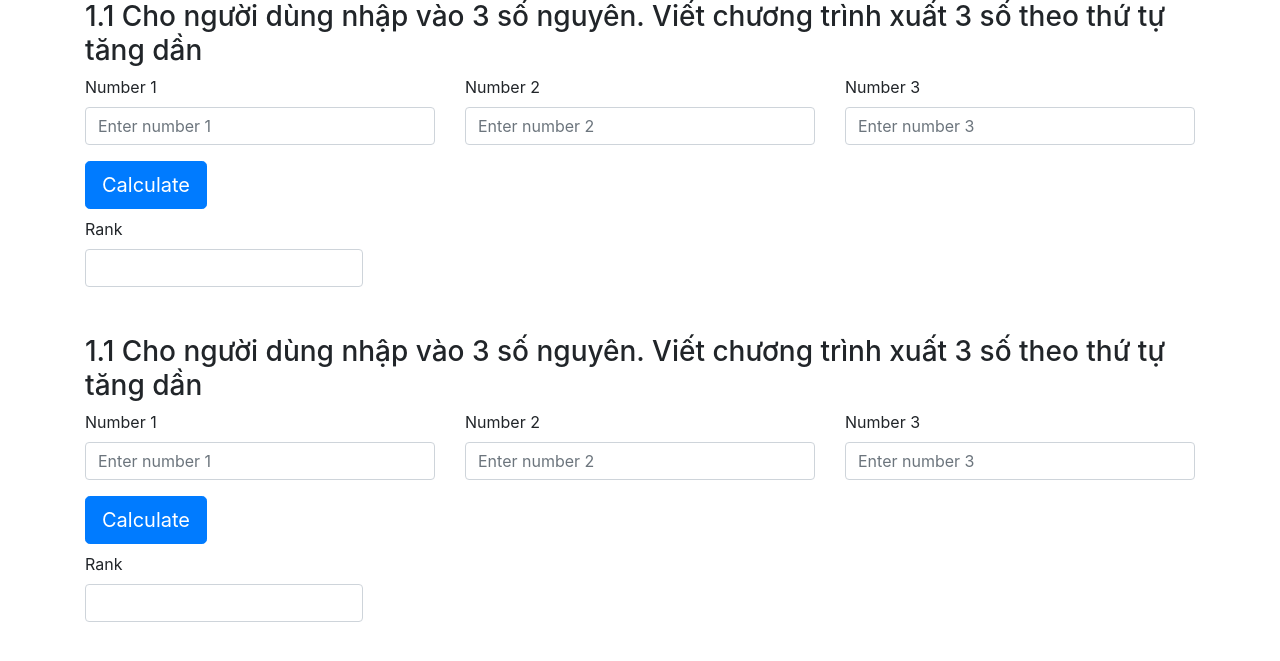
Repository: baobaodeveloper/bootscamp21__jsbasic__HuynhAnhBao
Page: index.html
The author's editor kept a copy of each file at every save. The page is drawn from the files as they stood at one save, then again after the next save.
The browser window is 1280 px wide. The pictures show the whole page.

Above is the page before, as saved 2022-03-09 23:48:35.

After the next save:
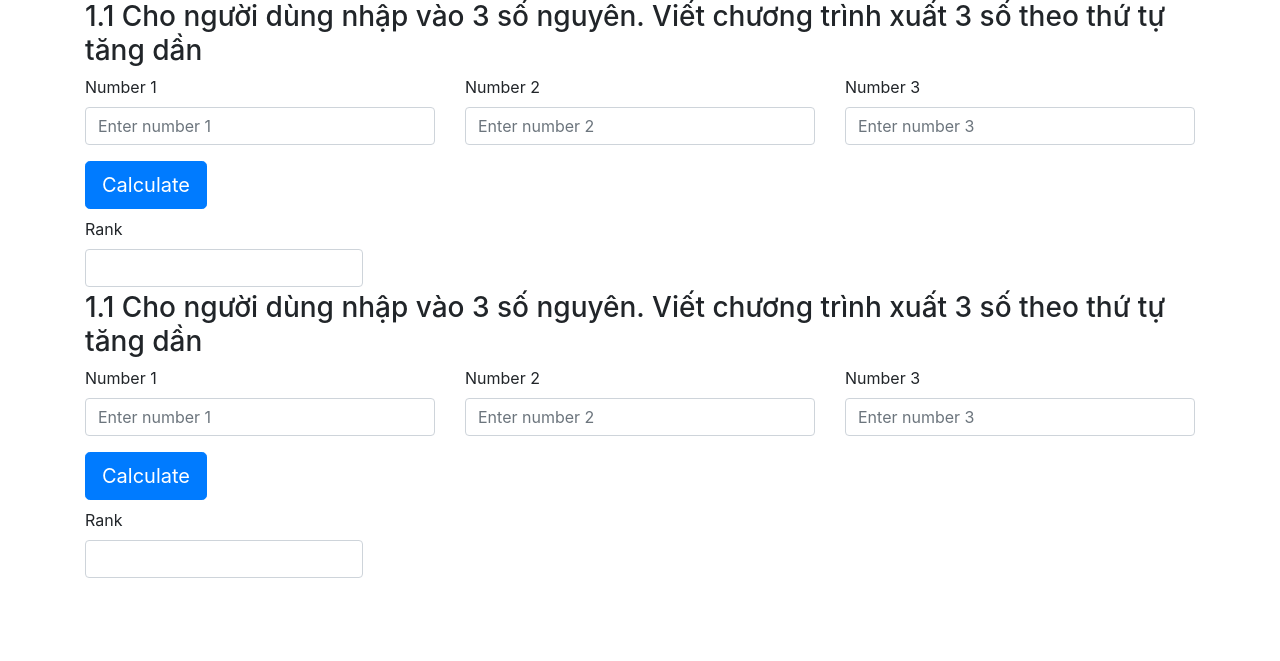
Saved 9 s later.
--- a/index.html
+++ b/index.html
@@ -19,7 +19,7 @@
   </head>
   <body>
     <!-- Cho người dùng nhập vào 3 số nguyên. Viết chương trình xuất 3 số theo thứ tự tăng dần -->
-    <div class="container mb-md-5">
+    <div class="container mb-lg-1">
       <h3>
         1.1 Cho người dùng nhập vào 3 số nguyên. Viết chương trình xuất 3 số
         theo thứ tự tăng dần

After the save that followed:
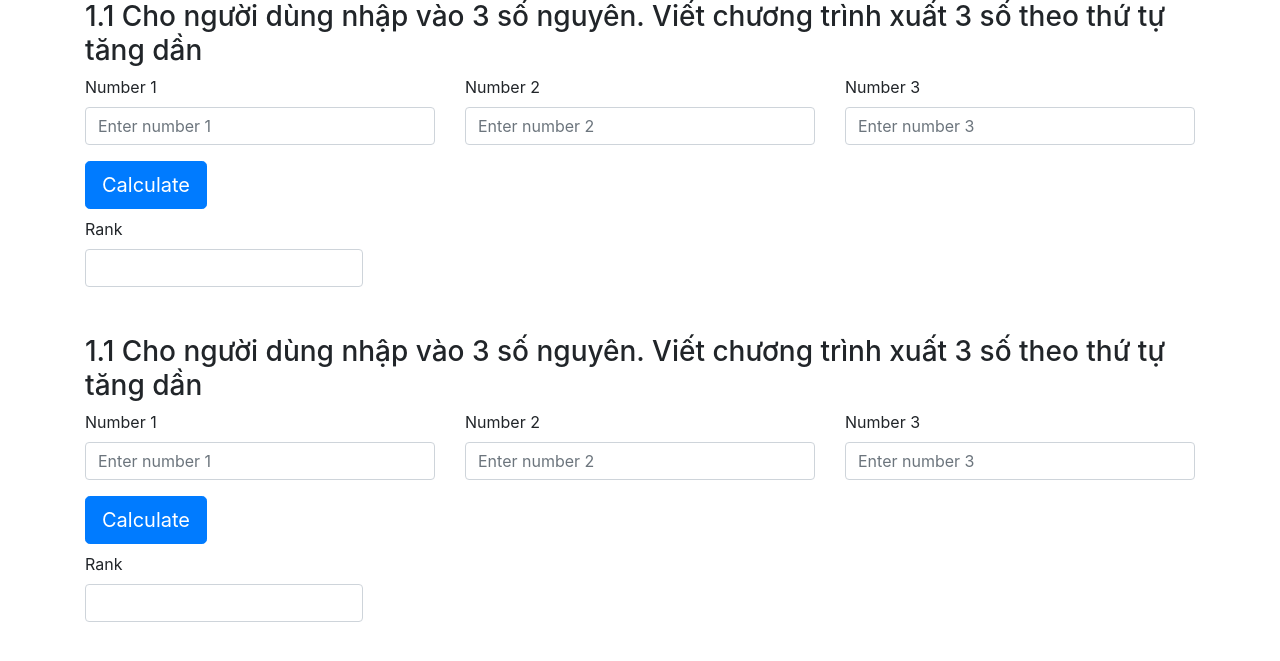
Saved 4 s later.
--- a/index.html
+++ b/index.html
@@ -19,7 +19,7 @@
   </head>
   <body>
     <!-- Cho người dùng nhập vào 3 số nguyên. Viết chương trình xuất 3 số theo thứ tự tăng dần -->
-    <div class="container mb-lg-1">
+    <div class="container mb-lg-5">
       <h3>
         1.1 Cho người dùng nhập vào 3 số nguyên. Viết chương trình xuất 3 số
         theo thứ tự tăng dần
